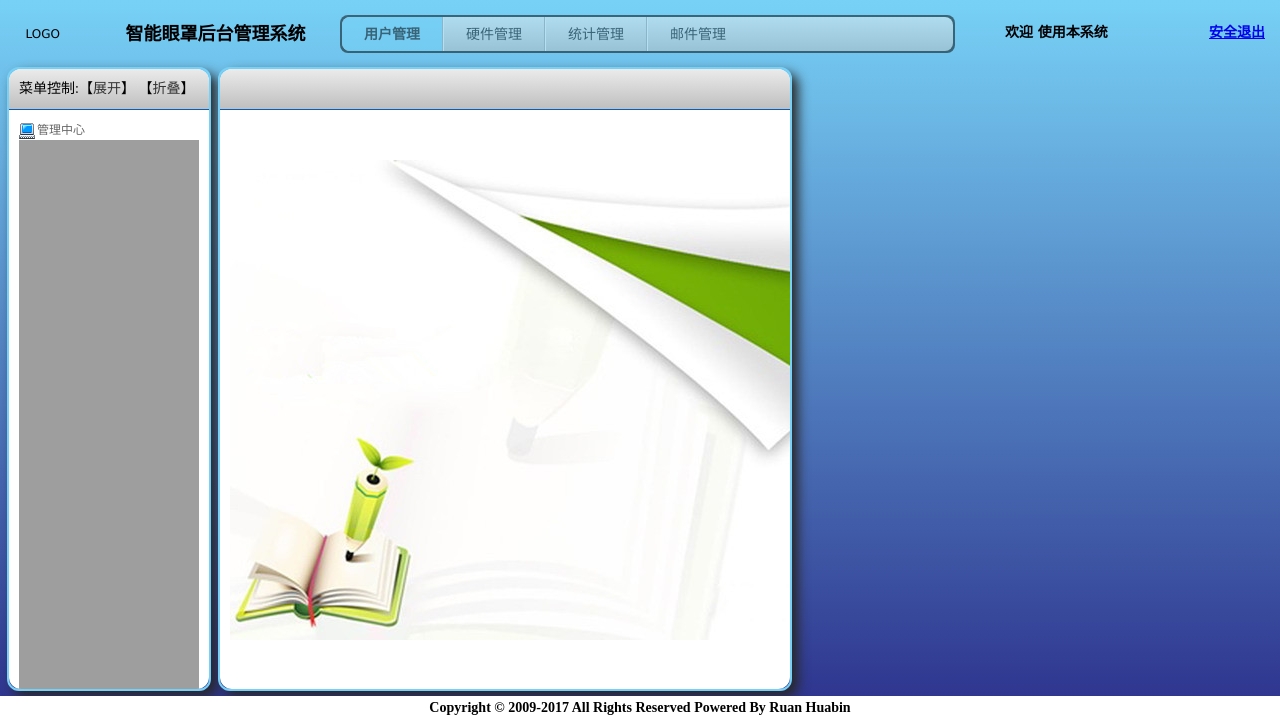
Repository: ruanhuabin/IntelliEyeShade
Page: http://localhost/IntelliEyeShade/admin/admin_login_success.jsp
The author's editor kept a copy of each file at every save. The page is drawn from the files as they stood at one save, then again after the next save.
The browser window is 1280 px wide. The pictures show the whole page.
The page is served by Tomcat 9. Nobody is signed in. The application's start-up code is not run. Other server files are loaded and not shown.

Above is the page before, as saved 2016-11-10 09:46:49.

### IntelliEyeShade/WebRoot/admin/admin_login_success.jsp
<%@ page language="java" import="java.util.*" contentType="text/html; charset=utf-8" %>
<%
String path = request.getContextPath();
String basePath = request.getScheme()+"://"+request.getServerName()+":"+request.getServerPort()+path+"/";
%>

<!DOCTYPE html>
<html>
<head>
	<title>后台管理</title>
	<meta http-equiv="content-type" content="text/html;charset=UTF-8">
	<link rel="stylesheet" type="text/css" href="../css/index.css" />
</head>
<body>
<div id="wrapper">
	<div id="header">
		<div id="logo">LOGO</div>
		<div id="title">智能眼罩后台管理系统</div>
		<div id="menu">
			<div id="menu_container">
				<ul id="menu_items">
					<li class="menu_item on" style="border-radius:8px 0 0 8px" onmouseout="this.style.backgroundColor=''" onmouseover="this.style.backgroundColor='#77D1F6';this.style.borderRadius='8px 0 0 8px'"><a>用户管理</a></li>
					<li class="menu_item" onmouseout="this.style.backgroundColor='';this.style.fontWeight='normal'" onmouseover="this.style.backgroundColor='#77D1F6';this.style.fontWeight='bold'"><a>硬件管理</a></li>
					<li class="menu_item" onmouseout="this.style.backgroundColor='';this.style.fontWeight='normal'" onmouseover="this.style.backgroundColor='#77D1F6';this.style.fontWeight='bold'"><a>统计管理</a></li>
					<!-- <li class="menu_item" onmouseout="this.style.backgroundColor='';this.style.fontWeight='normal'" onmouseover="this.style.backgroundColor='#77D1F6';this.style.fontWeight='bold'"><a>网盘管理</a></li>
					<li class="menu_item" onmouseout="this.style.backgroundColor='';this.style.fontWeight='normal'" onmouseover="this.style.backgroundColor='#77D1F6';this.style.fontWeight='bold'"><a>相册管理</a></li>
					 --><li class="menu_item" style="border-radius:8px 0 0 8px;border:0px;" onmouseout="this.style.backgroundColor='';this.style.fontWeight='normal'" onmouseover="this.style.backgroundColor='#77D1F6';this.style.borderRadius='0 8px 8px 0';this.style.fontWeight='bold'"><a>邮件管理</a></li>

				</ul>
			</div>
		</div>
		<div id="user_info">
			<div id="welcome">欢迎 ${sessionScope.loginUserName} 使用本系统</div>
			<div id="logout"><a href="<%=path%>/admin/Administrator_logout.action">安全退出</a></div>
		</div>
	</div>
	<div id="navigator">
		<iframe src="../tree.jsp"></iframe>
        </div>
	<div id="main">
		<iframe name="MainFrame" src="admin_login_main.jsp"></iframe>
	</div>
	<div id="footer">Copyright © 2009-2017 All Rights Reserved Powered By Ruan Huabin</div>
</div>
</body>
<script type="text/javascript">
function screenAdapter(){
	document.getElementById('footer').style.top=document.documentElement.scrollTop+document.documentElement.clientHeight- document.getElementById('footer').offsetHeight+"px";
		document.getElementById('navigator').style.height=document.documentElement.clientHeight-100+"px";
		document.getElementById('main').style.height=document.documentElement.clientHeight-100+"px";
		document.getElementById('main').style.width=window.screen.width-230+"px";
}

window.onscroll=function(){screenAdapter();};
window.onresize=function(){screenAdapter();};
window.onload=function(){screenAdapter();};
</script>
</html>

### IntelliEyeShade/WebRoot/css/index.css
* {
    background: none repeat scroll 0 0 transparent;
    border: 0 none;
    margin: 0;
    padding: 0;
    vertical-align: baseline;
}
body{
    min-height:600px;
    min-width:1280px;
	overflow-y:hidden;
}
#wrapper {
    background-image: -moz-linear-gradient(top,#77D1F6, #2F368F);
    background-image:-webkit-gradient(linear, left top, left bottom, color-stop(0, #77D1F6),color-stop(1, #2F368F));
    font-family: "lucida Grande",Tahoma,Arial;
    font-size: 12px;
    overflow: hidden;
    height:100%;
    width:100%;
    height:100%;
}
#header {
    float: left;
    height: 62px;
    position: relative;
    width: 100%;
    z-index: 10;
	text-align:center;
}
#logo {
	//border:1px solid red;
    float: left;
    height: 38px;
	line-height:38px;
	vertical-align:middle;
    margin: 15px 0 0 1%;
    width: 60px;
}
#title {
	//border:1px solid red;
    float: left;
    height: 38px;
	line-height:38px;
	vertical-align:middle;
    margin: 15px 0 0 1%;
    width: 260px;
	font-family:微软雅黑;
	font-size:18px;
	font-weight:bold;
	text-align:center;
}
#menu{
	position:absolute;
	left:50%;
	margin-top:15px;
	margin-left:-300px;
    float: float;
    height: 38px;
	width:615px;
	line-height:38px;
	vertical-align:middle;
	text-align:center;
    border-radius: 8px;
    background-color:#000000;
    opacity:0.5;
}
#menu_container{
    position:relative;
	margin:2px;
	height: 34px;
	line-height:34px;
    vertical-align:middle;
    border-radius: 8px;
    background-image: -moz-linear-gradient(top,#EBEBEB, #BFBFBF);
    background-image: -webkit-gradient(linear, left top, left bottom, color-stop(0, #EBEBEB),color-stop(1, #BFBFBF));
}
#menu_items{
	list-style:none;
	line-height: normal;
	height: 34px;
	line-height:34px;
	vertical-align:middle;
	font-size:14px;
	border:2px solid solid;
	border-right-style:groove;
}
.menu_item{
	display: list-item;
	float:left;
	width:100px;
	border-right:2px solid #F6F6F6;
	border-right-style:groove;
	cursor:pointer;
}
.on{
	display: list-item;
	float:left;
	width:100px;
	background:#77D1F6;
	font-weight:bold;
}
.menu_item a{
	height: 34px;
	line-height:34px;
	display:block;
}
#user_info {
    height: 35px;
	line-height:35px;
	vertical-align:middle;
    position: relative;
	float:right;
	margin-top:15px;
	margin-right:15px;
	width:240px;
    font-weight:bold;
	font-size:14px;
}
#welcome{
	left:-20px;
    position: relative;
	float:left;
}
#logout{
    position: relative;
	float:right;
}
#footer{
    position: absolute;
	float:left;
    left:0px;
    width: 100%;
    height: 25px;
    vertical-align:middle;
    line-height:25px;
	text-align:center;
	font-family:微软雅黑;
	font-size:14px;
	font-weight:bold;
	font-color:#FFF;
}
#navigator{
    position:relative;
    float:left;
    width:200px;
    margin:5px 2px 5px 2px;
    left:5px;
    border-color: #77D1F6;
    border-width: 2px;
    border-style: solid;
    border-radius: 12px;
    -moz-box-shadow: 6px 6px 12px #282828;
    -webkit-box-shadow: 6px 6px 12px #282828;
}
#main{
    position:relative;
    float:left;
    width: 80%;
    margin:5px;
    left:5px;
    border-color: #77D1F6;
    border-width: 2px;
    border-style: solid;
    border-radius: 12px 12px;
    -moz-box-shadow: 6px 6px 12px #282828;
    -webkit-box-shadow: 6px 6px 12px #282828;
}
iframe{
    height:100%;
    width:100%;
    background:#FFF;
    position:relative;
    border-radius:12px;
    overflow:hidden;
}

### IntelliEyeShade/WebRoot/tree.jsp
<%@ page language="java" import="java.util.*" contentType="text/html; charset=utf-8" %>
<%
String path = request.getContextPath();
String basePath = request.getScheme()+"://"+request.getServerName()+":"+request.getServerPort()+path+"/";
%>
<!DOCTYPE html>
<html>
<head>
	<title>导航树</title>
	<meta http-equiv="content-type" content="text/html;charset=UTF-8">
	<style type="text/css">@import url('components/dtree/dtree.css');</style>
	<script type="text/javascript">var dtreeIconBasePath = "components/dtree";</script>
	<script type="text/javascript"  src="components/dtree/dtree.js"></script>
</head>
<body>
<script type="text/javascript">
var treeMenu = [
	/* { level:1, name:"学生管理"},
	{ level:2, name:"学生列表", ico:"images/icon_default.gif",link:"students/Student_query.action"},
	{ level:1, name:"教师管理"},
	{ level:2, name:"教师列表", ico:"images/icon_default.gif",link:"role_list.html"},
	{ level:1, name:"信息管理"},
	{ level:2, name:"新闻管理", ico:"images/icon_default.gif",link:"news_list.html"},
	{ level:2, name:"公告管理", ico:"images/icon_default.gif",link:"bulletin_list.html"},
	{ level:1, name:"系统邮件", ico:"images/icon_default.gif"},
	{ level:1, name:"网络文件", ico:"images/icon_default.gif",link:"complaint_list.html"}, */
	{ level:1, name:"用户管理", ico:"images/icon_default.gif",link:"users/Users_queryByPage.action"},
	{ level:1, name:"硬件管理", ico:"images/icon_default.gif",link:"devices/Devices_queryByPage.action"},
	{ level:1, name:"统计管理", ico:"images/icon_default.gif",link:"statistics/statistics_filter.jsp"},
];
</script>
<style>
* {
    background: none repeat scroll 0 0 transparent;
    border: 0 none;
    margin: 0;
    padding: 0;
    vertical-align: baseline;
	font-family:微软雅黑;
	overflow:hidden;
}
#menuControll{
	width:100%;
	position:relative;
	word-wrap:break-word;
	border-bottom:1px solid #065FB9;
	margin:0;
	padding:0 10px;
	font-size:14px;
	height:40px;
	line-height:40px;
	vertical-align:middle;
    background-image: -moz-linear-gradient(top,#EBEBEB, #BFBFBF);
    background-image: -webkit-gradient(linear, left top, left bottom, color-stop(0, #EBEBEB),color-stop(1,
#BFBFBF));
}
</style>
<div id="menuControll">
菜单控制:【<a href="#" onclick="tree.openAll();this.blur();return false;" style="color:#333333;text-decoration:none">展开</a>】
【<a href="#" onclick="tree.closeAll();this.blur();return false;" style="color:#333333;text-decoration:none">折叠</a>】
</div>
<div class="dtree" style="margin:10px;">
<script type="text/javascript">
//建立新树
tree = new dTree('tree');
tree.config.target = "MainFrame";
tree.config.useCookies = false;
var selNum = -1;
var link = "";
//根目录
tree.add(0,-1,'管理中心', null, null, null, '', '');
var count = 0;
var pLevelIdArray = new Array();
pLevelIdArray[1] = 0;
var currLevel = 1;
for (var i=0; i<treeMenu.length; i++) {
	var item = treeMenu[i];
	var itemLevel = item.level;
	pLevelIdArray[itemLevel+1] = ++count;
	if (item.link!=null && item.link!="") {
		if (item.ico!=null) {
			tree.add(count, pLevelIdArray[itemLevel], item.name, item.link, null, null, item.ico, item.ico);
		} else {
			tree.add(count, pLevelIdArray[itemLevel], item.name, item.link);
		}
	} else {
		if (item.ico!=null) {
			tree.add(count, pLevelIdArray[itemLevel], item.name, null, null, null, item.ico, item.ico);
		} else {
			tree.add(count, pLevelIdArray[itemLevel], item.name);
		}
	}
	if (item.select) {
		selNum = count;
		link = item.link;
	}
}
document.write(tree);
tree.openAll();
if (selNum != -1) {
	tree.openTo(selNum,true);
	top.document.frames["MainFrame"].location.href=link;
}
</script>
</div>
</body>
</html>

### IntelliEyeShade/WebRoot/admin/admin_login_main.jsp
<%@ page language="java" import="java.util.*" contentType="text/html; charset=utf-8" %>
<%
String path = request.getContextPath();
String basePath = request.getScheme()+"://"+request.getServerName()+":"+request.getServerPort()+path+"/";
%>
<!DOCTYPE html>
<html>
	<meta http-equiv="content-type" content="text/html;charset=UTF-8">
	<link rel="stylesheet" type="text/css" href="../css/default.css" />
<style type="text/css">
* {
    background: none repeat scroll 0 0 transparent;
    border: 0 none;
    margin: 0;
    padding: 0;
    vertical-align: baseline;
	font-family:微软雅黑;
	overflow:hidden;
}
#navi{
	width:100%;
	position:relative;
	word-wrap:break-word;
	border-bottom:1px solid #065FB9;
	margin:0;
	padding:0;
	height:40px;
	line-height:40px;
	vertical-align:middle;
    background-image: -moz-linear-gradient(top,#EBEBEB, #BFBFBF);
    background-image: -webkit-gradient(linear, left top, left bottom, color-stop(0, #EBEBEB),color-stop(1,
#BFBFBF));
}
#naviDiv{
	font-size:14px;
	color:#333;
	padding-left:10px;
}
#tips{
	margin-top:10px;
	width:100%;
	height:40px;
}
#buttonGroup{
	padding-left:10px;
	float:left;
	height:35px;
}
.button{
	float:left;
	margin-right:10px;
	padding-left:10px;
	padding-right:10px;
	font-size:14px;
	width:70px;
	height:30px;
	line-height:30px;
	vertical-align:middle;
	text-align:center;
	cursor:pointer;
    border-color: #77D1F6;
    border-width: 1px;
    border-style: solid;
    border-radius: 6px 6px;
    -moz-box-shadow: 2px 2px 4px #282828;
    -webkit-box-shadow: 2px 2px 4px #282828;
    background-image: -moz-linear-gradient(top,#EBEBEB, #BFBFBF);
    background-image: -webkit-gradient(linear, left top, left bottom, color-stop(0, #EBEBEB),color-stop(1, #BFBFBF));
}
#mainContainer{
	padding-left:10px;
	padding-right:10px;
	text-align:center;
	width:98%;
	font-size:12px;
}
</style>
<body>
<div id="navi">
	<!-- 导航空白 -->
</div>
<div id="tips">
	<!-- 导航空白 -->
</div>
<div id="mainContainer">
   <img src="../images/welcome.jpg">
   <!--数据表格空白 -->
</div>
</body>
</html>

### IntelliEyeShade/WebRoot/components/dtree/dtree.css
/*--------------------------------------------------|
| dTree 2.05 | www.destroydrop.com/javascript/tree/ |
|---------------------------------------------------|
| Copyright (c) 2002-2003 Geir Landr?               |
|--------------------------------------------------*/

.dtree {
	font-size: 12px;
	color: #666;
	white-space: nowrap;
}
.dtree img {
	border: 0px;
	vertical-align: middle;
}
.dtree a {
	color: #333;
	text-decoration: none;
}
.dtree a.node, .dtree a.nodeSel {
	white-space: nowrap;
	padding: 1px 2px 1px 2px;
}
.dtree a.node:hover, .dtree a.nodeSel:hover {
	color: #333;
	text-decoration: underline;
}
.dtree a.nodeSel {
	background-color: #c0d2ec;
}
.dtree .clip {
	overflow: hidden;
}

### IntelliEyeShade/WebRoot/css/default.css
/* 基本样式 */


/* 去掉图片、表单边框 */
img, form {
	margin:0;
	padding:0;
	border:0;
}

/* 超链接 */
a {
	text-decoration: none;
}
a:link, a:visited {
	color:#063685;
	text-decoration:none;
}
a:hover, a:active {
	color:#FF5500;
	text-decoration:underline;
}

/* 表格 */
table.default {
	border:1px solid #0283c5;
	border-collapse:collapse;
	margin-top:5px;
}
table.default td, table.default tr.style1 td {
	padding:2 5 2 5;
	height:26px;
	border:1px solid #ffffff;
}
table.default tr, table.default tr.style1{
	background-color:#f0f0f0;
}
table.default tr.style0{
	background-color:#dfdfdf;
}
table.default tr.title td, table.default tr.ltitle td {
	font-weight:bold;
	background:#0283c5;
	color:#ffffff;
	border:1px solid #ffffff;
	white-space:nowrap;
	height:26px;
	line-height:26px;
	vertical-align:middle;
}
table.default tr.ltitle td {
	text-align:left;
}
table.default tr.title td {
	text-align:center;
	line-height:26px;
	vertical-align:middle;
}
table.default tr.subtitle td ,table.default tr.lsubtitle td {
	font-weight:bold;
	background:#69f;
	color:#ffffff;
	border:1px solid #ffffff;
	white-space:nowrap;
	height:26px;
	line-height:26px;
	vertical-align:middle;
}
table.default tr.lsubtitle td {
	text-align:left;
}
table.default tr.subtitle td {
	text-align:center;
}

table.default tr.strong td {
	font-weight:bold;
	background:#DDD;
}

table.default tr.stronghl td {
	font-weight:bold;
	background:#FFCC99;
	text-align:center;
}

table.default tr.hl td {
	background:#ffffcc/*#FFFF99*/;
}

table.default td.item {
	font-weight:bold;
	color:#333333;
	text-align:right;
}

table.default td.text {
	line-height:150%;
}

table.default td.opt {
	background:#FFFF99;
	padding-right:10px;
}

table.explain {
	margin-top:5px;
	margin-bottom:5px;
}
table.explain td {
	font-family:宋体;
	font-size:12px;
	border:1px solid #333333;
	background:#f0f0f0;
	padding:8px;
	line-height:120%;
}

table.pages {
	border:0;
}
table.pages td {
	height:26px;
}

table.reswb {
	border:1px solid #0283c5;
	border-collapse:collapse;
	margin-top:10px;
}

table.reswb tr.title td {
	padding:2 5 2 5;
	font-weight:bold;
	background:#0283c5;
	color:#ffffff;
	border:1px solid #ffffff;
	white-space:nowrap;
	height:26px;
	line-height:26px;
	vertical-align:middle;
}

table.default tr.list{
	text-align: center;
	line-height:26px;
	vertical-align:middle;
}

/* 普通信息 */
div.info {
	padding:5px 5px 5px 2px;
	margin-top:10px;
}

/* 前台导航用 */
.tdnormal {
	border-bottom:1px solid white;
}

.tdselected {
	border:1px solid white;
	border-bottom:0;
	font-weight:bold;
}
.navtab td {
	height:30px;
	color:white;
	font-size:9pt;
	text-align:center;
}
a.navbar, a.navbar:visited, a.navbar:active {text-decoration: none;color:#FFF;}
a.navbar:hover {text-decoration: underline;color:#FFF;}


/* 错误信息 */
.errorBox {
	border:1px solid #ff0000;
	padding:5px;
	background:#FFCCCC;
}
.errorMessage {
	color:#cc0000;
}
ul {
	margin-left:30px;
	margin-top:0;
	margin-bottom:0;
}

/* 分页页码样式 */
.selectedPage {
	border:1px solid #999999;
	background:#ffffcc;
	color:#000000;
	padding:0 3px 2px 3px;
}
.noSelectedPage {
	padding:0 3px 0 3px;
}
a.page {
	font-size:12px;
	text-decoration: none;
}
a.page:link, a.page:visited {
	color:#0044DD;
	text-decoration:none;
}
a.page:hover, a.page:active {
	color:#FF5500;
	text-decoration:none;
}

/* 表单元素样式 */
.input_text {
	width:200px;
	margin-right:5px;
}
.notNull {
	color:red;
}
.notice {
	color:#20A8F0;
}

/* 后台任务链接样式 */
a.navlink {
	font-family:宋体;
	height:25px;
	font-weight:normal;
	letter-spacing:1px;
	padding:4 5 0 5;
	background:#e0e0e0;
	border:2px outset;
	FILTER: progid:DXImageTransform.Microsoft.Gradient(GradientType=0, StartColorStr=#ffffff, EndColorStr=#20A8F0);
}

a.navlink {text-decoration: none;color:#000000;}
a.navlink:visited {text-decoration: none;color:#000000;}
a.navlink:active {text-decoration: none;color:#0044DD;}
a.navlink:hover {text-decoration: none;color:#FF5500;}

/* 操作按钮 */
div.oper {
	margin:5px;
	text-align:right;
}

div.oper input {
	margin-left:5px;
	margin-right:5px;
}

/* 背景色 */
.fbg {
	background:#065FB9;
}
.bbg {
	background:#04477C;
}

/* tooltip */
/*
span.tip {
	cursor:default;
}
#tooltip {
	position: absolute;
	z-index: 3000;
	border: 1px solid #111;
	background-color: #eee;
	padding: 5px;
	opacity: 0.85;
}
#tooltip h3, #tooltip div {
	font-size:12px;
	margin: 0;
}
*/

/* 特殊高亮文本 */
span.spec {
	color:#003399;
}

/* 特殊灰色文本 */
span.gray {
	color:#666;
}

/* 黄色背景 */
.bg1 {
	background:#FFCC99;/*#FFFF99;*/
}

/* 绿色背景 */
.bg2 {
	background:#99CC99;
}

/* 文章样式 */

div.title {
	font-size:16px;
	font-weight:bold;
	background:#FFFF99;
	border-bottom:2px solid #000;
	padding:5px;
	margin-bottom:10px;
}

div.content {
	font-size:14px;
	line-height:150%;
}

div.faq-q {
	padding:5px;
	background:#DDD;
	font-weight:bold;
}

div.faq-a {
	padding:5px;
	line-height:150%;
	font-size:16px;
}

/* 问卷样式 */
.option {
	margin-right:10px;
}

.answer {
	background:#060;
	color:white;
	font-weight:bold;
	padding:2px;
}

table.stat {
	border-collapse:collapse;
}
table.stat td {
	border:0;
	padding-left:20px;
}
hr.percent {
	height:10px;
	color:#093;
	border:1px solid black;
}

td.indent {
	padding-left:10px;
}

#page_explain {
	display:none;
}

#navDiv {
	color:#333;
	padding-left:10px;
	line-height:30px;
	background:#CCFF99;
	border-bottom:1px solid #065FB9;
	height:30px;
	padding-top:6px;
}
/*--------分页样式-----------*/
.pager-top {
    overflow:hidden;
    padding:5px 10px 0;
    color:#333333;
    font-family:Tahoma,Verdana,sans-serif,simsun;
    font-size:12px;
    margin-top:10px;
    border-bottom:1px solid #D8DFEA;
}
.pager-top span {
    float:left;
    padding-bottom:6px;
}
.pagerpro {
    float:right;
    list-style-image:none;
    list-style-position:outside;
    list-style-type:none;
    margin:0;
    padding:0;
}
.pagerpro li {
    display:inline;
    float:left;
}
.pagerpro li a.chn {
    font-size:12px;
}
.pagerpro li a {
    display:block;
    font-size:11px;
    padding:3px 3px 2px;
    color:#005EAC;
    text-decoration:none;
}
.pagerpro li a.chn:hover {
    border-bottom:1px solid #005EAC;
}
.pagerpro li a:hover {
    background:#005EAC none repeat scroll 0 0;
    border-bottom:2px solid #005EAC;
    border-color:#D8DFEA #D8DFEA #005EAC;
    color:#FFFFFF;
    text-decoration:none;
}
.pagerpro li.current a, .pagerpro li.current a:hover {
    background:transparent none repeat scroll 0 0;
    border-bottom:2px solid #005EAC;
    border-color:#005EAC;
    color:#005EAC;
    font-weight:700;
    padding-left:2px;
    padding-right:2px;
}
.marquee_txt{
	font-size:12px;
	font-family:"微软雅黑";
	margin-top:5px;
	margin-left:auto;
    margin-right:auto;
    width:222px;
}

Loaded but not shown: IntelliEyeShade/WebRoot/components/dtree/dtree.js (347 lines, source omitted)

After the next save:
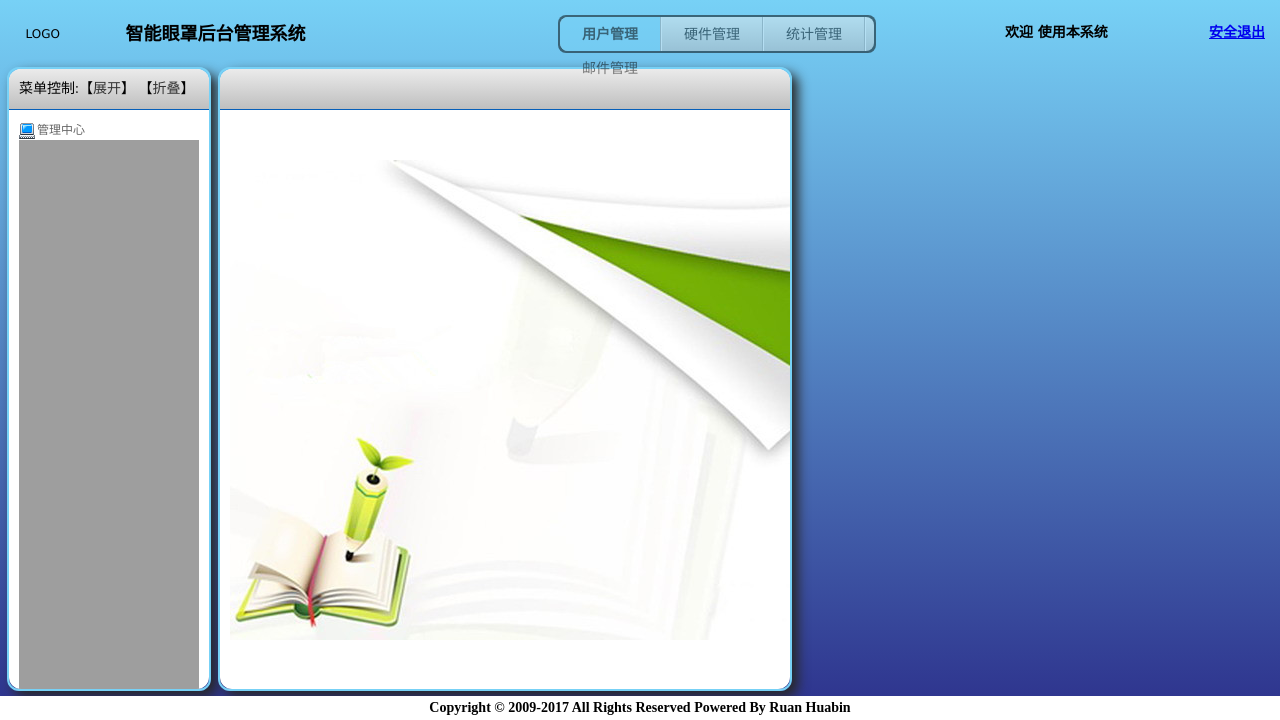
Saved 23 s later.
--- a/IntelliEyeShade/WebRoot/admin/admin_login_success.jsp
+++ b/IntelliEyeShade/WebRoot/admin/admin_login_success.jsp
@@ -16,7 +16,7 @@ String basePath = request.getScheme()+"://"+request.getServerName()+":"+request.
 	<div id="header">
 		<div id="logo">LOGO</div>
 		<div id="title">智能眼罩后台管理系统</div>
-		<div id="menu">
+		<div id="menu" style="left: 858px; width: 318px;">
 			<div id="menu_container">
 				<ul id="menu_items">
 					<li class="menu_item on" style="border-radius:8px 0 0 8px" onmouseout="this.style.backgroundColor=''" onmouseover="this.style.backgroundColor='#77D1F6';this.style.borderRadius='8px 0 0 8px'"><a>用户管理</a></li>
